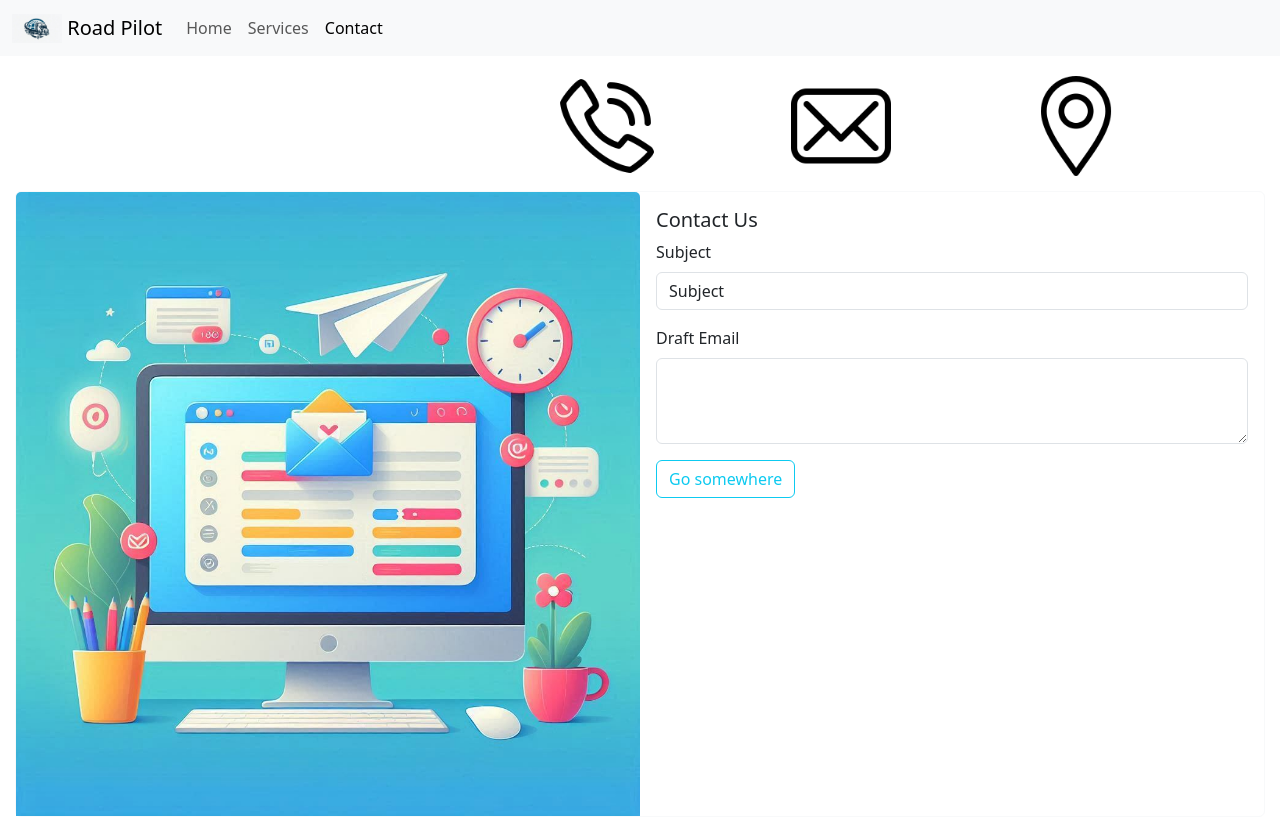
Repository: VictoriousMango/WebCreator
Page: pages/contact.html
The author's editor kept a copy of each file at every save. The page is drawn from the files as they stood at one save, then again after the next save.
The browser window is 1280 px wide. The pictures show the whole page.

Above is the page before, as saved 2024-11-09 13:15:32.

### pages/contact.html
<!DOCTYPE html>
<html lang="en">

<head>
    <meta charset="UTF-8">
    <meta name="viewport" content="width=device-width, initial-scale=1.0">
    <title>Web Creator</title>
    <link href="https://cdn.jsdelivr.net/npm/bootstrap@5.3.3/dist/css/bootstrap.min.css" rel="stylesheet"
        integrity="sha384-QWTKZyjpPEjISv5WaRU9OFeRpok6YctnYmDr5pNlyT2bRjXh0JMhjY6hW+ALEwIH" crossorigin="anonymous">
    <link rel="stylesheet" href="../assets/css/contact.css">
</head>

<body>
    <!-- Navbar -->
    <nav class="navbar navbar-expand-lg bg-body-tertiary">
        <div class="container-fluid">
            <a class="navbar-brand" href="#">
                <img src="../assets/images/Logo.png" alt="Logo" width="50px" class="d-inline-block align-text-top">
                Road Pilot
            </a>
            <button class="navbar-toggler" type="button" data-bs-toggle="collapse" data-bs-target="#navbarNav"
                aria-controls="navbarNav" aria-expanded="false" aria-label="Toggle navigation">
                <span class="navbar-toggler-icon"></span>
            </button>
            <div class="collapse navbar-collapse" id="navbarNav">
                <ul class="navbar-nav">
                    <li class="nav-item">
                        <a class="nav-link" href="../">Home</a>
                    </li>
                    <li class="nav-item">
                        <a class="nav-link" href="./services.html">Services</a>
                    </li>
                    <li class="nav-item">
                        <a class="nav-link active" aria-current="page" href="#">Contact</a>
                    </li>
                </ul>
            </div>
        </div>
    </nav>
    <!-- NavBar -->

    <!-- Contact -->
    <div class="contact">
        <!-- div for icons -->
        <div class="contact__links">
            <!-- phone number -->
             <div class="contact__link"></div>
             <div class="contact__link"></div>
             <div class="contact__link"></div>
            <img class="contact__linksIMG" src="../assets/images/contact__phone.png" alt="">
            <img class="contact__linksIMG" src="../assets/images/contact__email.png" alt="">
            <img class="contact__linksIMG" src="../assets/images/contact__location.png" alt="">
        </div>
        <!-- Dic for Sending Mails -->
        <div class="card border-light">
            <img src="../assets/images/contact__mailUs.png" class="card-img-top" alt="...">
            <div class="card-body">
                <h5 class="card-title">Contact Us</h5>
                <div class="mb-3">
                    <label for="subject" class="form-label">Subject</label>
                    <input type="text" class="form-control" id="subject" value="Subject">
                </div>
                <div class="mb-3">
                    <label for="emailContent" class="form-label">Draft Email</label>
                    <textarea class="form-control" id="emailContent" rows="3" value="Hi company!"></textarea>
                </div>
                <button id="sendEmailBtn" class="btn btn-outline-info" onclick="sendEmail()">Go somewhere</button>
            </div>
        </div>
    </div>
    <!-- Contact -->
    <!-- Scripts -->
    <script src="https://cdn.jsdelivr.net/npm/bootstrap@5.3.3/dist/js/bootstrap.bundle.min.js"
        integrity="sha384-YvpcrYf0tY3lHB60NNkmXc5s9fDVZLESaAA55NDzOxhy9GkcIdslK1eN7N6jIeHz"
        crossorigin="anonymous"></script>
    <script src="https://cdn.jsdelivr.net/npm/@popperjs/core@2.11.8/dist/umd/popper.min.js"
        integrity="sha384-I7E8VVD/ismYTF4hNIPjVp/Zjvgyol6VFvRkX/vR+Vc4jQkC+hVqc2pM8ODewa9r"
        crossorigin="anonymous"></script>
    <script src="https://cdn.jsdelivr.net/npm/bootstrap@5.3.3/dist/js/bootstrap.min.js"
        integrity="sha384-0pUGZvbkm6XF6gxjEnlmuGrJXVbNuzT9qBBavbLwCsOGabYfZo0T0to5eqruptLy"
        crossorigin="anonymous"></script>
    <script>
        function sendEmail() {
            const subject = document.getElementById('subject').value;
            const body = document.getElementById('emailContent').value;
            const screenWidth = window.innerWidth;

            if (screenWidth > 600) {
                // Open Gmail with pre-filled subject and body
                const gmailUrl = `https://mail.google.com/mail/?view=cm&fs=1&to=additya.akash.mishra@gmail.com&su=${encodeURIComponent(subject)}&body=${encodeURIComponent(body)}`;
                window.open(gmailUrl, '_blank');
            } else {
                // Open default mail app
                const mailtoUrl = `mailto:additya.akash.mishra@gmail.com?subject=${encodeURIComponent(subject)}&body=${encodeURIComponent(body)}`;
                window.location.href = mailtoUrl;
            }
        }
    </script>

</body>

</html>

### assets/css/contact.css
.contact {
    padding: 10px;
}

.contact__links {
    display: flex;
    justify-content: space-evenly;
    padding: 10px;
}

.contact__linksIMG {
    width: 100px;
}

.card {
    /* padding: 5px; */
    margin: 5px;
    display: flex;
    flex-direction: row;
    flex-wrap: wrap;
    justify-content: flex-start;
}
.card-img-top{
    width: 50%;
}
.card-body {
    width: 50%;
}

@media (max-width: 600px) {
    .card {
        flex-direction: column;
    }
    .card-img-top{
        width: 100%;
    }
    .card-body {
        width: 100%;
    }
}

After the next save:
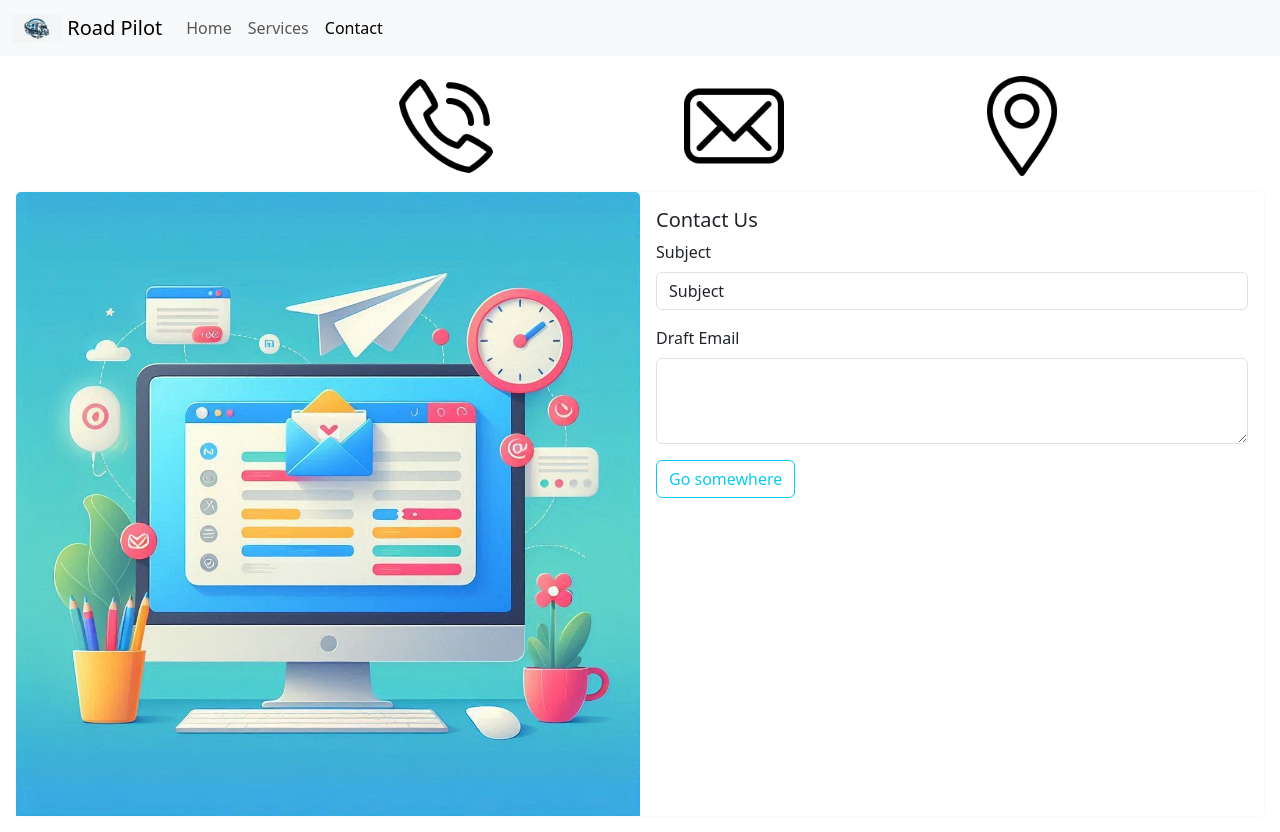
Saved 4 s later.
--- a/pages/contact.html
+++ b/pages/contact.html
@@ -44,9 +44,9 @@
         <!-- div for icons -->
         <div class="contact__links">
             <!-- phone number -->
-             <div class="contact__link"></div>
-             <div class="contact__link"></div>
-             <div class="contact__link"></div>
+             <div class="contact__link">
+
+             </div>
             <img class="contact__linksIMG" src="../assets/images/contact__phone.png" alt="">
             <img class="contact__linksIMG" src="../assets/images/contact__email.png" alt="">
             <img class="contact__linksIMG" src="../assets/images/contact__location.png" alt="">

After the save that followed:
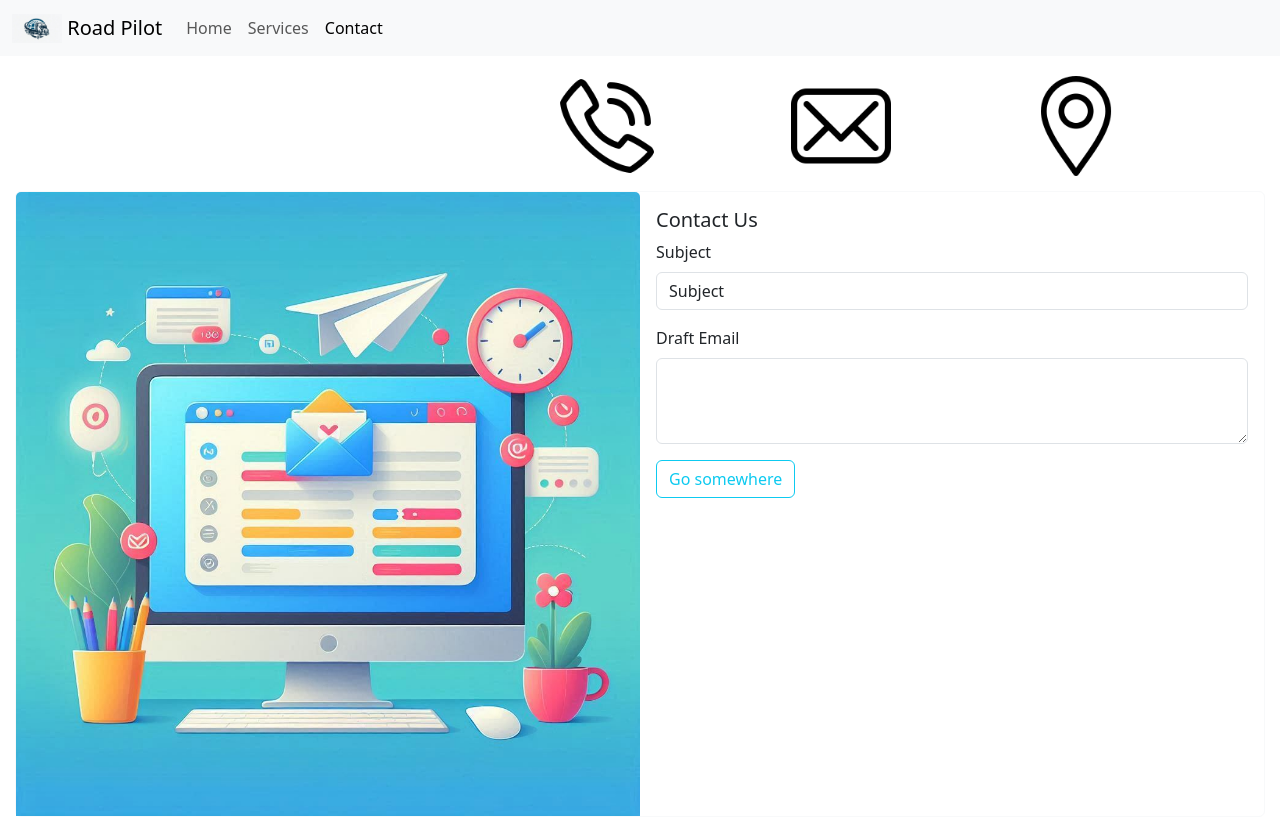
Saved 8 s later.
--- a/pages/contact.html
+++ b/pages/contact.html
@@ -44,6 +44,12 @@
         <!-- div for icons -->
         <div class="contact__links">
             <!-- phone number -->
+             <div class="contact__link">
+
+             </div>
+             <div class="contact__link">
+
+             </div>
              <div class="contact__link">
 
              </div>
